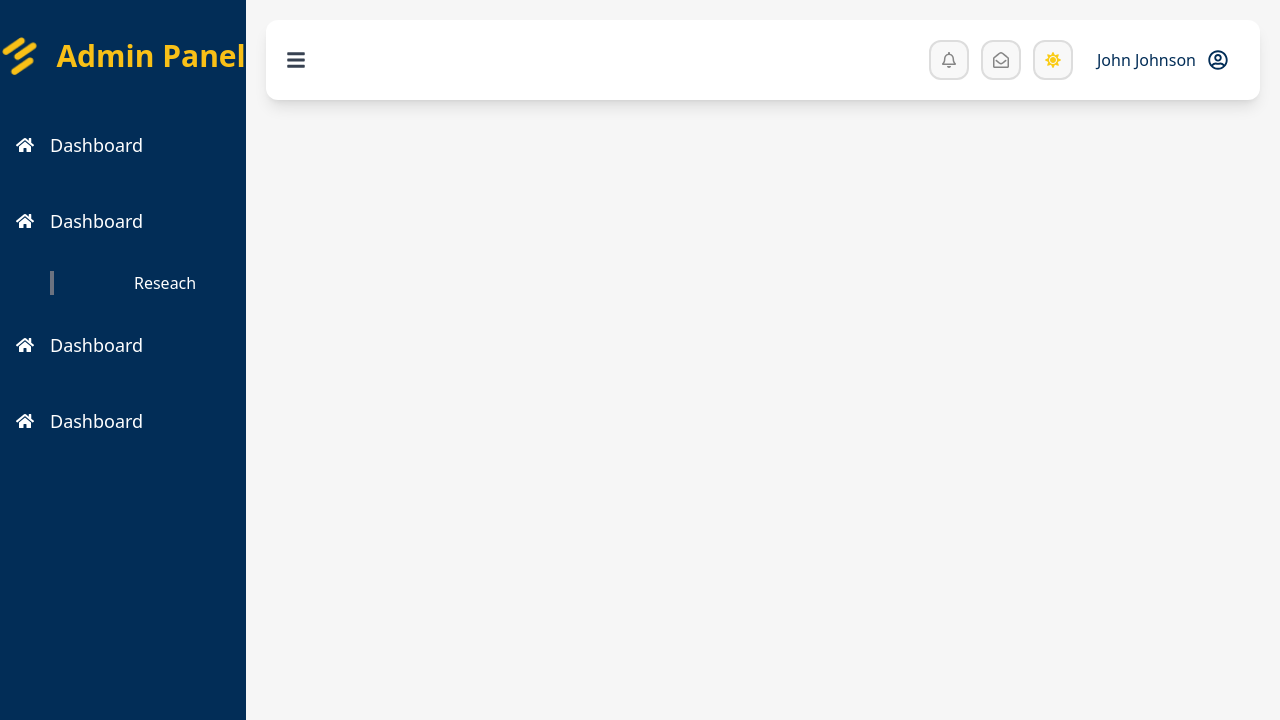
Repository: farrelmuhammad/redesign-bo
Page: /
The author's editor kept a copy of each file at every save. The page is drawn from the files as they stood at one save, then again after the next save.
The browser window is 1280 px wide. The pictures show the whole page.
The project was rebuilt for these pictures with package versions that can differ from the ones it lists, and the page was loaded fresh each time. Also part of the build but not shown: src/App.css.

Above is the page before, as saved 2024-03-02 20:02:55.

After the next save:
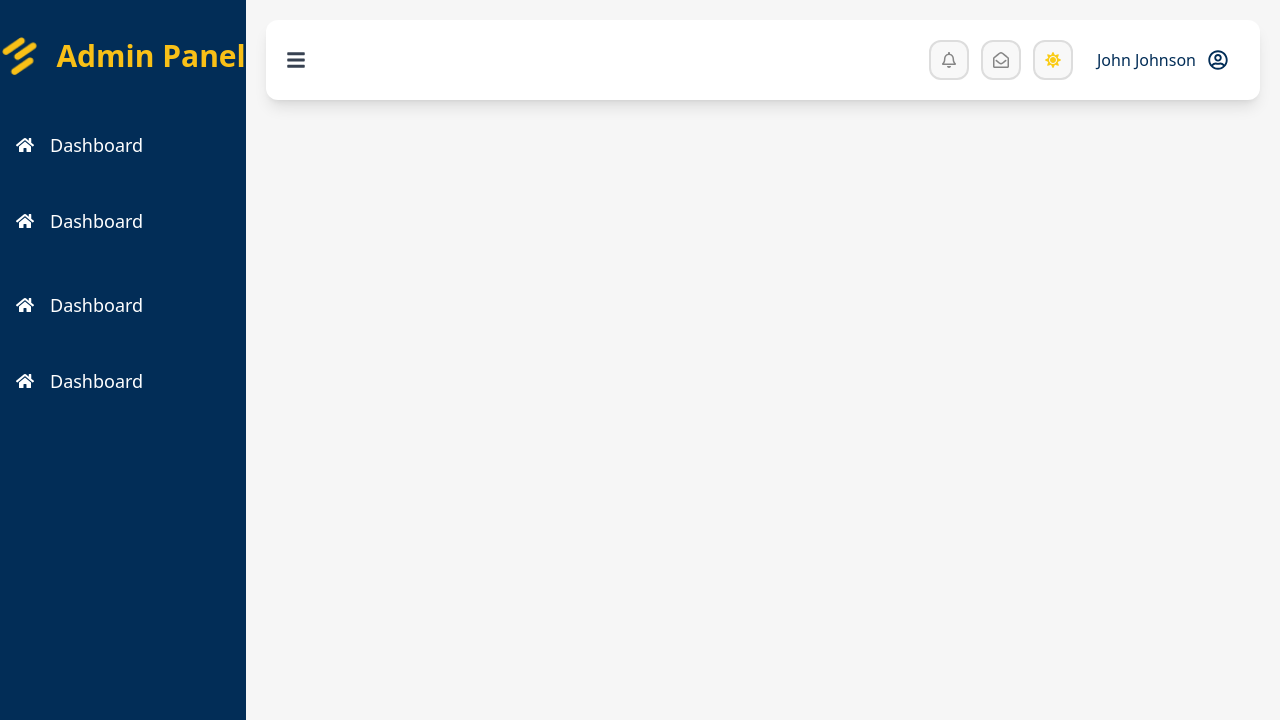
Saved 14 s later.
--- a/src/components/Sidebar.tsx
+++ b/src/components/Sidebar.tsx
@@ -22,10 +22,6 @@ const Sidebar = () => {
                         </button>
                     </li>
                 </ul>
-                <div className='flex flex-row w-full justify-center gap-20 items-center'>
-                    <div className='h-6 w-1 bg-gray-500'></div>
-                    <h1>Reseach</h1>
-                </div>
                 <ul className='flex flex-col gap-2 w-full font-medium text-lg'>
                     <li className='w-full'>
                         <button className='flex flex-row justify-start w-full items-center gap-4 py-5 px-4 hover:rounded-xl hover:bg-[#3996DC] hover:bg-opacity-[20%] hover:text-[#F9C017]'>
